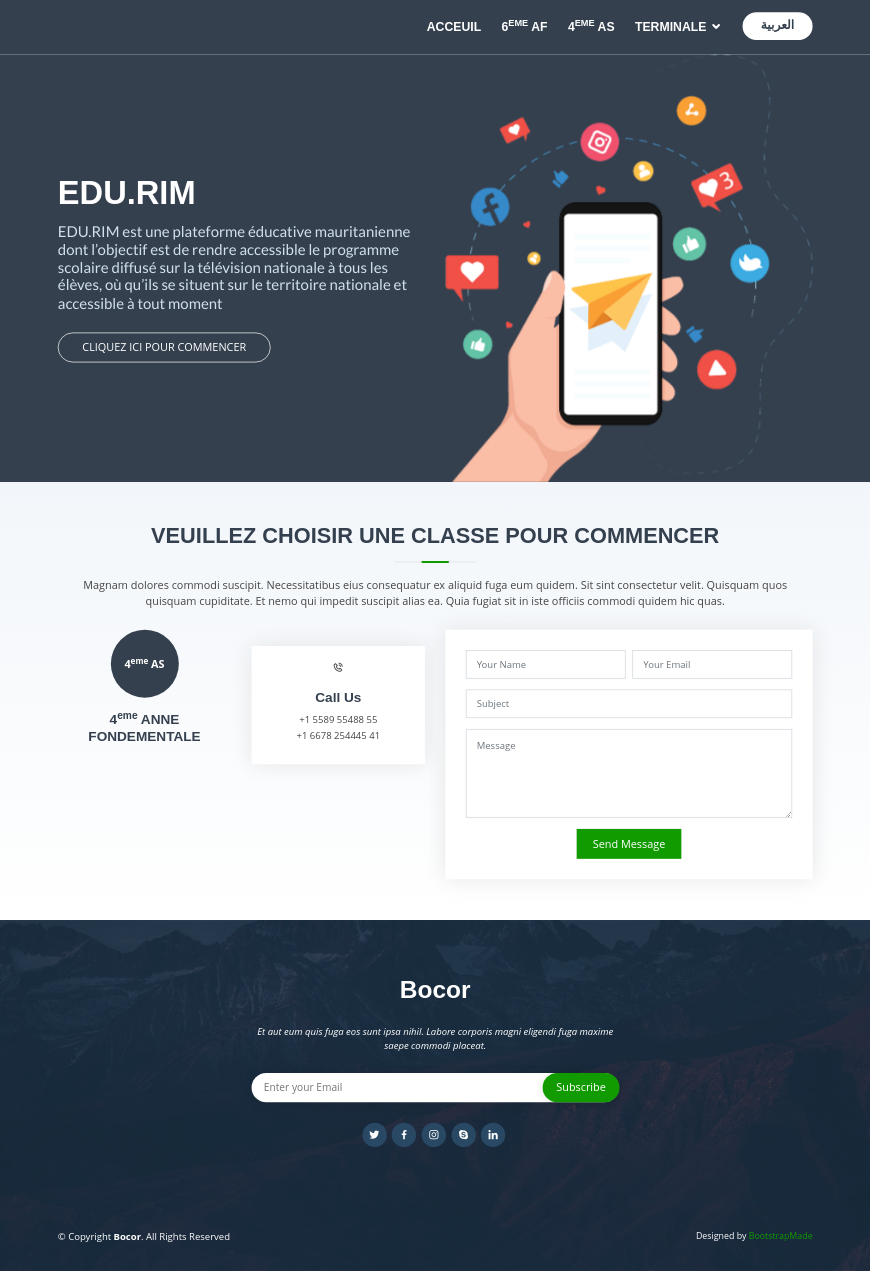
Repository: athiemohamed/courat
Page: http://localhost/
These files come from the project's save history. The page is drawn as it stood at one moment and after a run of saves; the edit follows.
The browser window is 1280 px wide. The pictures show the whole page, at 68% of full size.
Some web fonts or font styles are not loaded; a fallback is used. The page is run by PHP 8.4 with error messages shown; the project is at /var/www/html/. Other server files are loaded and not shown.

Above is the page before, as saved 2020-03-26 13:09:23.

### index.php
<!DOCTYPE html>
<html lang="en">

<head>
  <meta charset="utf-8">
  <meta content="width=device-width, initial-scale=1.0" name="viewport">

  <title>Cours - Rim Academy</title>
  <meta content="" name="descriptison">
  <meta content="" name="keywords">

  <!-- Favicons -->
  <link href="assets/img/favicon.png" rel="icon">
  <link href="assets/img/apple-touch-icon.png" rel="apple-touch-icon">

  <!-- Google Fonts -->
  <link href="https://fonts.googleapis.com/css?family=Cairo&display=swap" rel="stylesheet">
  <link href="https://fonts.googleapis.com/css?family=Lato&display=swap" rel="stylesheet">

  <!-- Vendor CSS Files -->
  <link href="assets/vendor/bootstrap/css/bootstrap.min.css" rel="stylesheet">
  <link href="assets/vendor/icofont/icofont.min.css" rel="stylesheet">
  <link href="assets/vendor/boxicons/css/boxicons.min.css" rel="stylesheet">
  <link href="assets/vendor/venobox/venobox.css" rel="stylesheet">
  <link href="assets/vendor/aos/aos.css" rel="stylesheet">

  <!-- Template Main CSS File -->
  <link href="assets/css/style.css" rel="stylesheet">

  <!-- =======================================================
  * Template Name: Bocor - v2.0.0
  * Template URL: https://bootstrapmade.com/bocor-bootstrap-template-nice-animation/
  * Author: BootstrapMade.com
  * License: https://bootstrapmade.com/license/
  ======================================================== -->
</head>

<body>

  <!-- ======= Header ======= -->
  <header id="header">
    <div class="container d-flex">
      <div class="logo mr-auto">
        <!-- <h1 class="text-light"><a href="index.html">RIM<span>.EDU</span></a></h1> -->
        <!-- Uncomment below if you prefer to use an image logo -->
        <!-- <a href="index.html"><img src="assets/img/logo.png" alt="" class="img-fluid"></a>-->
      </div>
      <nav class="nav-menu d-none d-lg-block">
        <ul>
          <li class="active"><a href="#header">ACCEUIL</a></li>
          <li><a href="#">6<sup>EME</sup> AF</a></li>
          <li><a href="#">4<sup>EME</sup> AS</a></li>
          <li class="drop-down"><a href="">TERMINALE</a>
            <ul>
              <li><a href="#">TERMINALE A</a></li>
              <li><a href="#">TERMINALE C</a></li>
              <li><a href="#">TERMINALE D</a></li>
              <li><a href="#">TERMINALE LM</a></li>
              <li><a href="#">TERMINALE LO</a></li>
            </ul>
          </li>
          <!-- Language Changer -->
          <li class="get-started"><a href="#">العربية</a></li>
        </ul>
      </nav><!-- .nav-menu -->
    </div>
  </header><!-- End Header -->

  <!-- ======= Hero Section ======= -->
  <section id="hero">

    <div class="container">
      <div class="row d-flex align-items-center"">
      <div class=" col-lg-6 py-5 py-lg-0 order-2 order-lg-1" data-aos="fade-right">
        <h1>EDU.RIM</h1>
        <h2>EDU.RIM est une plateforme éducative mauritanienne dont l’objectif est de
          rendre accessible le programme scolaire diffusé sur la télévision nationale à tous les élèves,
          où qu’ils se situent sur le territoire nationale et accessible à tout moment</h2>
        <a href="#contact" class="btn-get-started scrollto">CLIQUEZ ICI POUR COMMENCER</a>
      </div>
      <div class="col-lg-6 order-1 order-lg-2 hero-img" data-aos="fade-left">
        <img src="assets/img/hero-img.png" class="img-fluid" alt="">
      </div>
    </div>
    </div>

  </section><!-- End Hero -->

  <main id="main">

    <!-- ======= Partners Section ======= -->

    <!-- <section id="clients" class="clients section-bg">
      <div class="container">

        <div class="row no-gutters clients-wrap clearfix wow fadeInUp">

          <div class="col-lg-2 col-md-4 col-6">
            <div class="client-logo">
              <img src="assets/img/clients/client-1.png" class="img-fluid" alt="" data-aos="flip-right">
            </div>
          </div>

          <div class="col-lg-2 col-md-4 col-6">
            <div class="client-logo">
              <img src="assets/img/clients/client-2.png" class="img-fluid" alt="" data-aos="flip-right" data-aos-delay="100">
            </div>
          </div>

          <div class="col-lg-2 col-md-4 col-6">
            <div class="client-logo">
              <img src="assets/img/clients/client-3.png" class="img-fluid" alt="" data-aos="flip-right" data-aos-delay="200">
            </div>
          </div>

          <div class="col-lg-2 col-md-4 col-6">
            <div class="client-logo">
              <img src="assets/img/clients/client-4.png" class="img-fluid" alt="" data-aos="flip-right" data-aos-delay="300">
            </div>
          </div>

          <div class="col-lg-2 col-md-4 col-6">
            <div class="client-logo">
              <img src="assets/img/clients/client-5.png" class="img-fluid" alt="" data-aos="flip-right" data-aos-delay="400">
            </div>
          </div>

          <div class="col-lg-2 col-md-4 col-6">
            <div class="client-logo">
              <img src="assets/img/clients/client-6.png" class="img-fluid" alt="" data-aos="flip-right" data-aos-delay="500">
            </div>
          </div>

        </div>

      </div>
    </section> -->

    <!-- End Parteners Section -->

    <!-- ======= Contact Section ======= -->
    <section id="contact" class="contact section-bg">
      <div class="container">

        <div class="section-title">
          <h2 data-aos="fade-in">VEUILLEZ CHOISIR UNE CLASSE POUR COMMENCER</h2>
          <p data-aos="fade-in">Magnam dolores commodi suscipit. Necessitatibus eius consequatur ex aliquid fuga eum quidem. Sit sint consectetur velit. Quisquam quos quisquam cupiditate. Et nemo qui impedit suscipit alias ea. Quia fugiat sit in iste officiis commodi quidem hic quas.</p>
        </div>

        <div class="row">
          <div class="col-lg-6">
            <div class="row">
              <!-- Class item -->
                <div class="col-md-6">
                  <a href="" class="info-box mt-4" data-aos="fade-up" data-aos-delay="100">
                    <div class="circle-badge">
                      <strong>4<sup>eme</sup> AS</strong>
                    </div>
                    <h3>4<sup>eme</sup> ANNE FONDEMENTALE</h3>
                  </a>
                </div>
              <!-- End of class item -->

              <div class="col-md-6">
                <div class="info-box mt-4" data-aos="fade-up" data-aos-delay="100">
                  <i class="bx bx-phone-call"></i>
                  <h3>Call Us</h3>
                  <p>+1 5589 55488 55<br>+1 6678 254445 41</p>
                </div>
              </div>
            </div>

          </div>

          <div class="col-lg-6">
            <form action="forms/contact.php" method="post" role="form" class="php-email-form" data-aos="fade-up">
              <div class="form-row">
                <div class="col-md-6 form-group">
                  <input type="text" name="name" class="form-control" id="name" placeholder="Your Name" data-rule="minlen:4" data-msg="Please enter at least 4 chars" />
                  <div class="validate"></div>
                </div>
                <div class="col-md-6 form-group">
                  <input type="email" class="form-control" name="email" id="email" placeholder="Your Email" data-rule="email" data-msg="Please enter a valid email" />
                  <div class="validate"></div>
                </div>
              </div>
              <div class="form-group">
                <input type="text" class="form-control" name="subject" id="subject" placeholder="Subject" data-rule="minlen:4" data-msg="Please enter at least 8 chars of subject" />
                <div class="validate"></div>
              </div>
              <div class="form-group">
                <textarea class="form-control" name="message" rows="5" data-rule="required" data-msg="Please write something for us" placeholder="Message"></textarea>
                <div class="validate"></div>
              </div>
              <div class="mb-3">
                <div class="loading">Loading</div>
                <div class="error-message"></div>
                <div class="sent-message">Your message has been sent. Thank you!</div>
              </div>
              <div class="text-center"><button type="submit">Send Message</button></div>
            </form>
          </div>

        </div>

      </div>
    </section><!-- End Contact Section -->

  </main><!-- End #main -->

  <!-- ======= Footer ======= -->
  <footer id="footer">

    <div class="footer-top">

      <div class="container" data-aos="fade-up">

        <div class="row  justify-content-center">
          <div class="col-lg-6">
            <h3>Bocor</h3>
            <p>Et aut eum quis fuga eos sunt ipsa nihil. Labore corporis magni eligendi fuga maxime saepe commodi placeat.</p>
          </div>
        </div>

        <div class="row footer-newsletter justify-content-center">
          <div class="col-lg-6">
            <form action="" method="post">
              <input type="email" name="email" placeholder="Enter your Email"><input type="submit" value="Subscribe">
            </form>
          </div>
        </div>

        <div class="social-links">
          <a href="#" class="twitter"><i class="bx bxl-twitter"></i></a>
          <a href="#" class="facebook"><i class="bx bxl-facebook"></i></a>
          <a href="#" class="instagram"><i class="bx bxl-instagram"></i></a>
          <a href="#" class="google-plus"><i class="bx bxl-skype"></i></a>
          <a href="#" class="linkedin"><i class="bx bxl-linkedin"></i></a>
        </div>

      </div>
    </div>

    <div class="container footer-bottom clearfix">
      <div class="copyright">
        &copy; Copyright <strong><span>Bocor</span></strong>. All Rights Reserved
      </div>
      <div class="credits">
        <!-- All the links in the footer should remain intact. -->
        <!-- You can delete the links only if you purchased the pro version. -->
        <!-- Licensing information: https://bootstrapmade.com/license/ -->
        <!-- Purchase the pro version with working PHP/AJAX contact form: https://bootstrapmade.com/bocor-bootstrap-template-nice-animation/ -->
        Designed by <a href="https://bootstrapmade.com/">BootstrapMade</a>
      </div>
    </div>
  </footer><!-- End Footer -->

  <a href="#" class="back-to-top"><i class="icofont-simple-up"></i></a>

  <!-- Vendor JS Files -->
  <script src="assets/vendor/jquery/jquery.min.js"></script>
  <script src="assets/vendor/bootstrap/js/bootstrap.bundle.min.js"></script>
  <script src="assets/vendor/jquery.easing/jquery.easing.min.js"></script>
  <script src="assets/vendor/php-email-form/validate.js"></script>
  <script src="assets/vendor/isotope-layout/isotope.pkgd.min.js"></script>
  <script src="assets/vendor/venobox/venobox.min.js"></script>
  <script src="assets/vendor/aos/aos.js"></script>

  <!-- Template Main JS File -->
  <script src="assets/js/main.js"></script>

</body>

</html>

Loaded but not shown: assets/js/main.js (117 lines, source omitted); assets/css/style.css (1309 lines, source omitted)

After the next 4 saves:
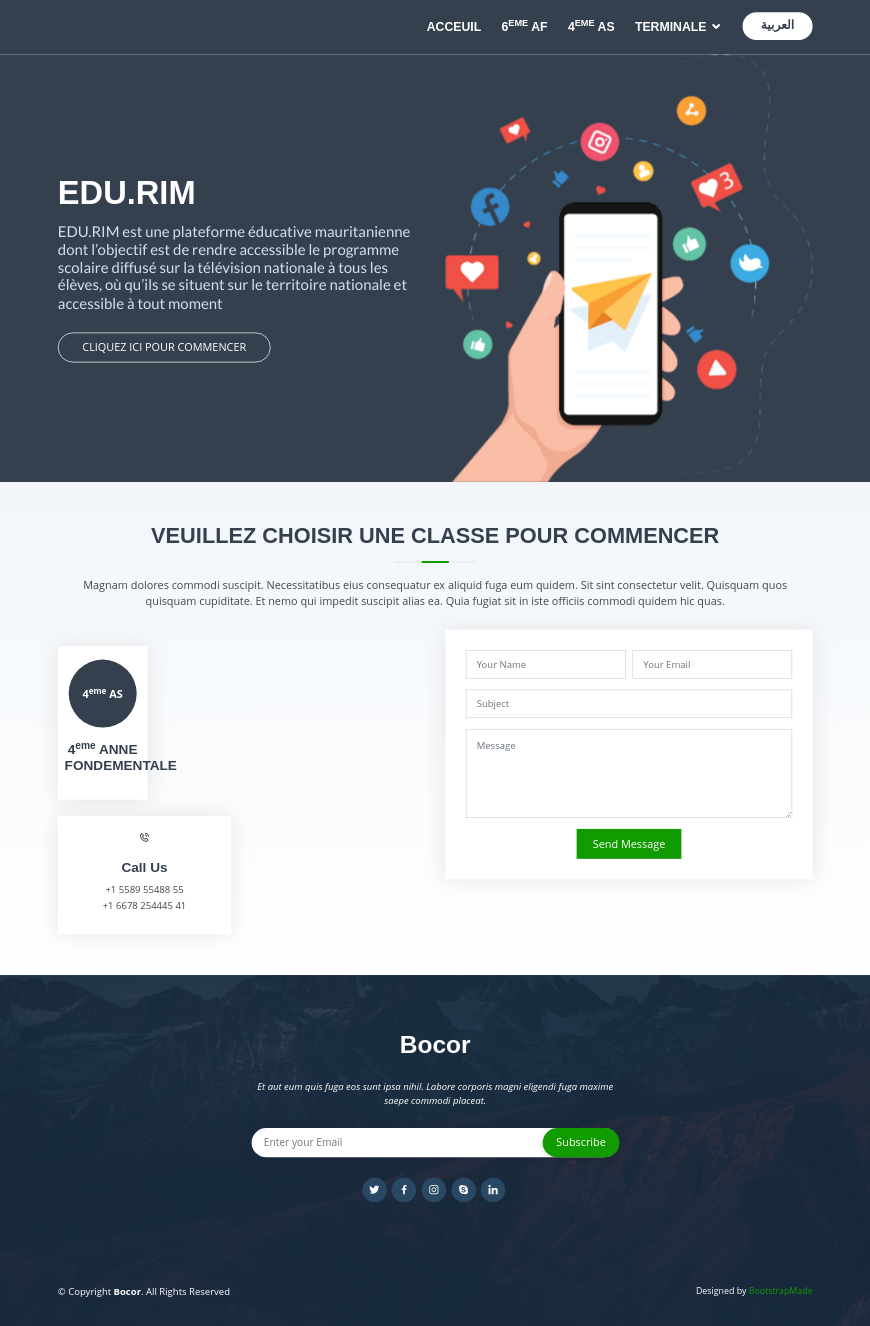
The 4 saves are shown as one change because they came seconds apart.
The last was saved 14 s later.
--- a/index.php
+++ b/index.php
@@ -151,14 +151,16 @@
           <div class="col-lg-6">
             <div class="row">
               <!-- Class item -->
+              <a href="#">
                 <div class="col-md-6">
-                  <a href="" class="info-box mt-4" data-aos="fade-up" data-aos-delay="100">
+                  <div class="info-box mt-4" data-aos="fade-up" data-aos-delay="100">
                     <div class="circle-badge">
                       <strong>4<sup>eme</sup> AS</strong>
                     </div>
                     <h3>4<sup>eme</sup> ANNE FONDEMENTALE</h3>
-                  </a>
-                </div>
+                  </div>
+                </div>
+              </a>
               <!-- End of class item -->
 
               <div class="col-md-6">
